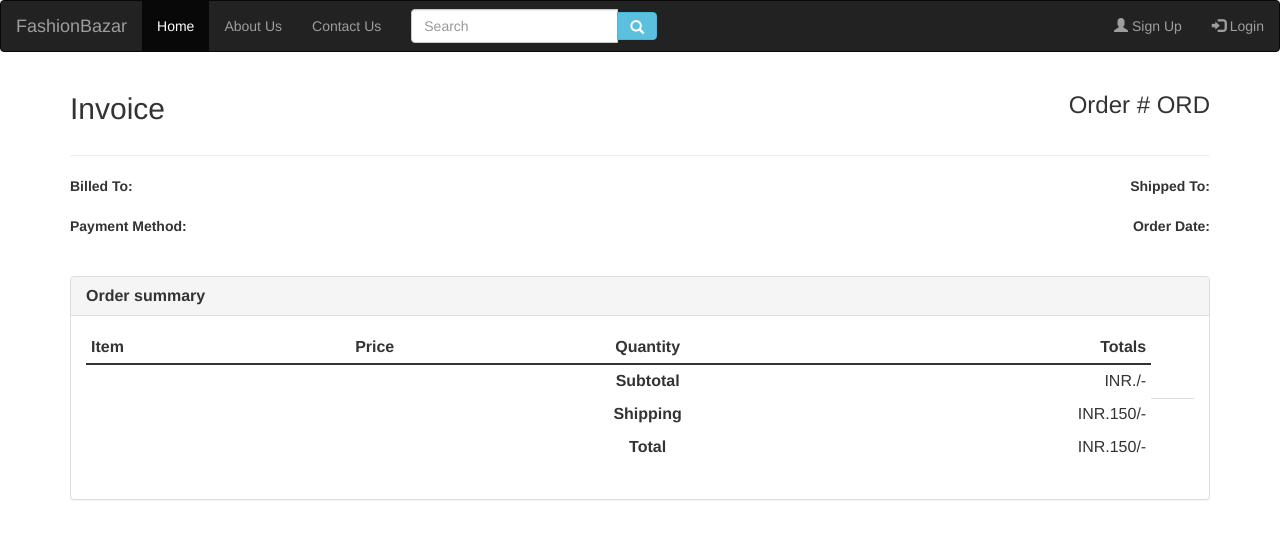
Repository: SmithaMendonca/Project-1
Page: http://localhost/FashionBazarFrontend/WEB-INF/views/Receipt.jsp
An editor plug-in stored every save of this project. The page is shown before and after the next save, followed by the edit.
The browser window is 1280 px wide. The pictures show the whole page.
The page is served by Tomcat 9. Nobody is signed in. Other server files are loaded and not shown. The template is opened directly, without the code that normally fills it, so the values that code supplies are empty.

Above is the page before, as saved 2019-06-06 05:49:40.

### FashionBazarFrontend/src/main/webapp/WEB-INF/views/Receipt.jsp
<%@include file="Header.jsp"%>
<html>
<head>
<style type="text/css">
.invoice-title h2, .invoice-title h3 {
    display: inline-block;
}

.table > tbody > tr > .no-line {
    border-top: none;
}

.table > thead > tr > .no-line {
    border-bottom: none;
}

.table > tbody > tr > .thick-line {
    border-top: 2px solid;
}
</style>
</head>
<body>
<div class="container">
    <div class="row">
        <div class="col-xs-12">
    		<div class="invoice-title">
    			<h2>Invoice</h2><h3 class="pull-right">Order # ORD${orderInfo.orderId}</h3>
    		</div>
    		<hr>
    		<div class="row">
    			<div class="col-xs-6">
    				<address>
    				<strong>Billed To:</strong><br>
    					${orderInfo.username}
    				</address>
    			</div>
    			<div class="col-xs-6 text-right">
    				<address>
        			<strong>Shipped To:</strong><br>
    					${address}
    				</address>
    			</div>
    		</div>
    		<div class="row">
    			<div class="col-xs-6">
    				<address>
    					<strong>Payment Method:</strong><br>
    					  ${orderInfo.pmode}<br>
    				</address>
    			</div>
    			<div class="col-xs-6 text-right">
    				<address>
    					<strong>Order Date:</strong><br>
    					${orderInfo.orderDate}<br>
    				</address>
    			</div>
    		</div>
    	</div>
    </div>

  <form action="">
    <div class="row">
    	<div class="col-md-12">
    		<div class="panel panel-default">
    			<div class="panel-heading">
    				<h3 class="panel-title"><strong>Order summary</strong></h3>
    			</div>
    			<div class="panel-body">
    				<div class="table-responsive">
    					<table class="table table-condensed">
    						<thead>
                                <tr>
        							<td><strong>Item</strong></td>
        							<td class="text-center"><strong>Price</strong></td>
        							<td class="text-center"><strong>Quantity</strong></td>
        							<td class="text-right"><strong>Totals</strong></td>
                                </tr>
    						</thead>
    						<tbody>

    							<c:forEach items="${cartItems}" var="cartItem">
    							<tr>
    								<td>${cartItem.productName}</td>
    								<td class="text-center">${cartItem.price}</td>
    								<td class="text-center">${cartItem.quantity}</td>
    								<td class="text-right">${cartItem.price*cartItem.quantity}</td>
    							</tr>
    							</c:forEach>
    							<tr>
    								<td class="thick-line"></td>
    								<td class="thick-line"></td>
    								<td class="thick-line text-center"><strong>Subtotal</strong></td>
    								<td class="thick-line text-right">INR.${grandTotal}/-</td>
    							</tr>
    							<tr>
    								<td class="no-line"></td>
    								<td class="no-line"></td>
    								<td class="no-line text-center"><strong>Shipping</strong></td>
    								<td class="no-line text-right">INR.150/-<td>
    							</tr>
    							<tr>
    								<td class="no-line"></td>
    								<td class="no-line"></td>
    								<td class="no-line text-center"><strong>Total</strong></td>
    								<td class="no-line text-right">INR.${grandTotal+150}/-</td>
    							</tr>
    						</tbody>
    					</table>
    				</div>
    			</div>
    		</div>
    	</div>
    </div>
  </form>
</div>

</body>
</html>

### FashionBazarFrontend/src/main/webapp/WEB-INF/views/Header.jsp
<%@ page language="java" contentType="text/html"%>
<%@ taglib uri="http://java.sun.com/jsp/jstl/core" prefix="c"%>
<%@taglib prefix="form" uri="http://www.springframework.org/tags/form"%>
<html>
<head>
<title>Welcome to Fashion Bazar</title>
 <meta charset="utf-8">
 <meta name="viewport" content="width=device-width, initial-scale=1">
 <link rel="stylesheet" href="https://maxcdn.bootstrapcdn.com/bootstrap/3.4.0/css/bootstrap.min.css">
  <script src="https://ajax.googleapis.com/ajax/libs/jquery/3.4.0/jquery.min.js"></script>
  <script src="https://maxcdn.bootstrapcdn.com/bootstrap/3.4.0/js/bootstrap.min.js"></script>
</head>
<body>
	  <nav class="navbar navbar-inverse">
      <div class="container-fluid">
        <div class="navbar-header">
	         <a class="navbar-brand" href="#">FashionBazar</a>
        </div>
        <ul class="nav navbar-nav">
         <c:if test="${!sessionScope.loggedIn }">
	      <li class="active"><a href="index.jsp">Home</a></li>
          <li><a href="<c:url value="/aboutus"/>">About Us</a></li>
          <li><a href="<c:url value="/contactus"/>">Contact Us</a></li>
          <form class="navbar-form navbar-left">
  				<div class="input-group">
    			  <input type="text" class="form-control" placeholder="Search">
   				 	<div class="input-group-btn">
      				<button class="btn btn-info" type="button">
        				<span class="glyphicon glyphicon-search"></span>
      				</button>
    				</div>
  				</div>
			</form>
         </c:if>

         <c:if test="${sessionScope.loggedIn }">
               <c:if test="${sessionScope.role=='ROLE_ADMIN' }">
	      <li><a href="<c:url value="/category"/>">Category Management</a></li>
          <li><a href="<c:url value="/product"/>">Product Management</a></li>
               </c:if>
         </c:if>

          <c:if test="${sessionScope.loggedIn }">
              <c:if test="${sessionScope.role=='ROLE_USER' }">
           <li><a href="<c:url value="/productPage"/>">Products</a></li>
          <li><a href="<c:url value="/showCart"/>">Cart</a></li>
              </c:if>
          </c:if>
       </ul>

       <ul class="nav navbar-nav navbar-right">
         <c:if test="${!sessionScope.loggedIn }">
	     	<li><a href="<c:url value="/register"/>"><span class="glyphicon glyphicon-user"></span> Sign Up</a></li>
        	 <li><a href="<c:url value="/login"/>"><span class="glyphicon glyphicon-log-in"></span> Login</a></li>
         </c:if>

         <c:if test="${sessionScope.loggedIn }">
            <li><a href="#"><span class="glyphicon glyphicon-user"></span>Hi ${sessionScope.username}</a></li>
            <li><a href="<c:url value="/perform_logout"/>"><span class="glyphicon glyphicon-log-in"></span> Logout</a></li>
         </c:if>
       </ul>
     </div>
    </nav>
</body>
</html>

After the next save:
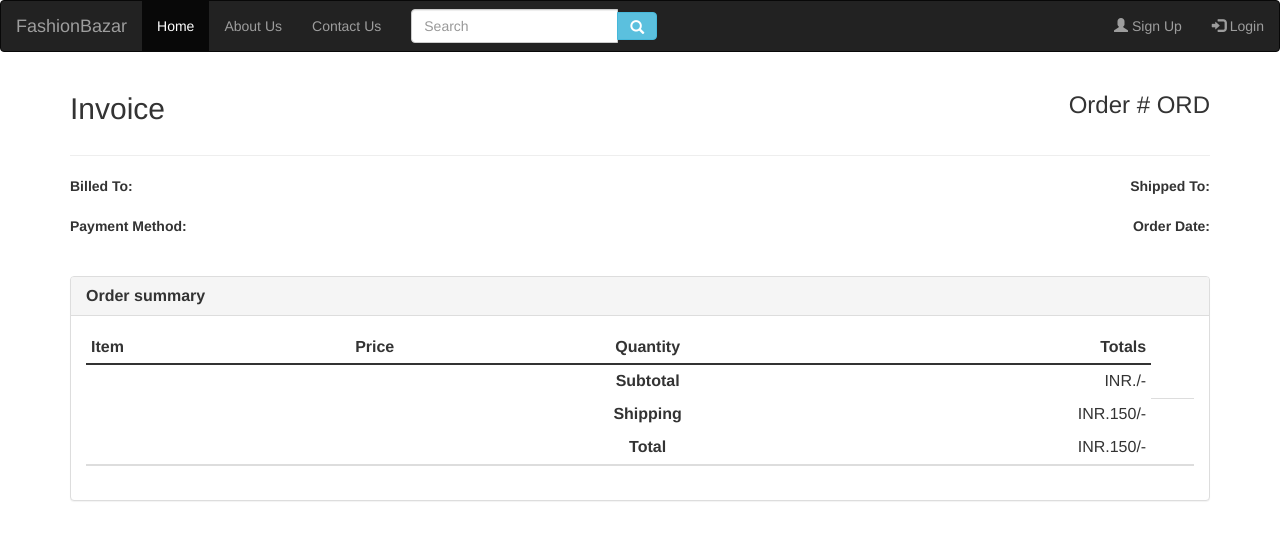
Saved 38 s later.
--- a/FashionBazarFrontend/src/main/webapp/WEB-INF/views/Receipt.jsp
+++ b/FashionBazarFrontend/src/main/webapp/WEB-INF/views/Receipt.jsp
@@ -105,6 +105,7 @@
     								<td class="no-line text-right">INR.${grandTotal+150}/-</td>
     							</tr>
     						</tbody>
+    						  <tr></tr>
     					</table>
     				</div>
     			</div>
